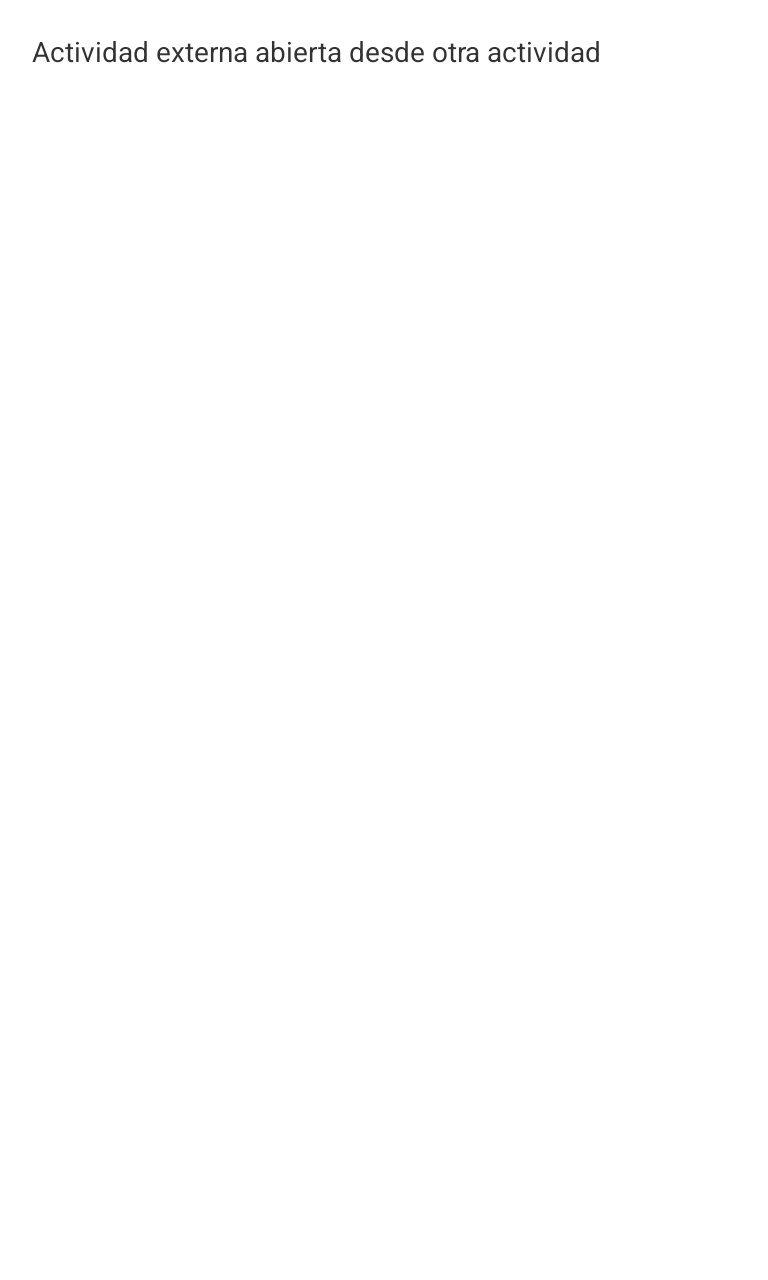
Repository: G3rcar/Android-I
Layout: Clase1102IntentExplicito/res/layout/activity_main.xml
The author's editor kept a copy of each file at every save. The layout is drawn from the files as they stood at one save, then again after the next save.
It is drawn on a 768 x 1280 px phone screen (xhdpi) without system bars, with theme AppTheme; the app's code is not run.

Above is the layout before, as saved 2013-11-11 13:42:50.

After the next save:
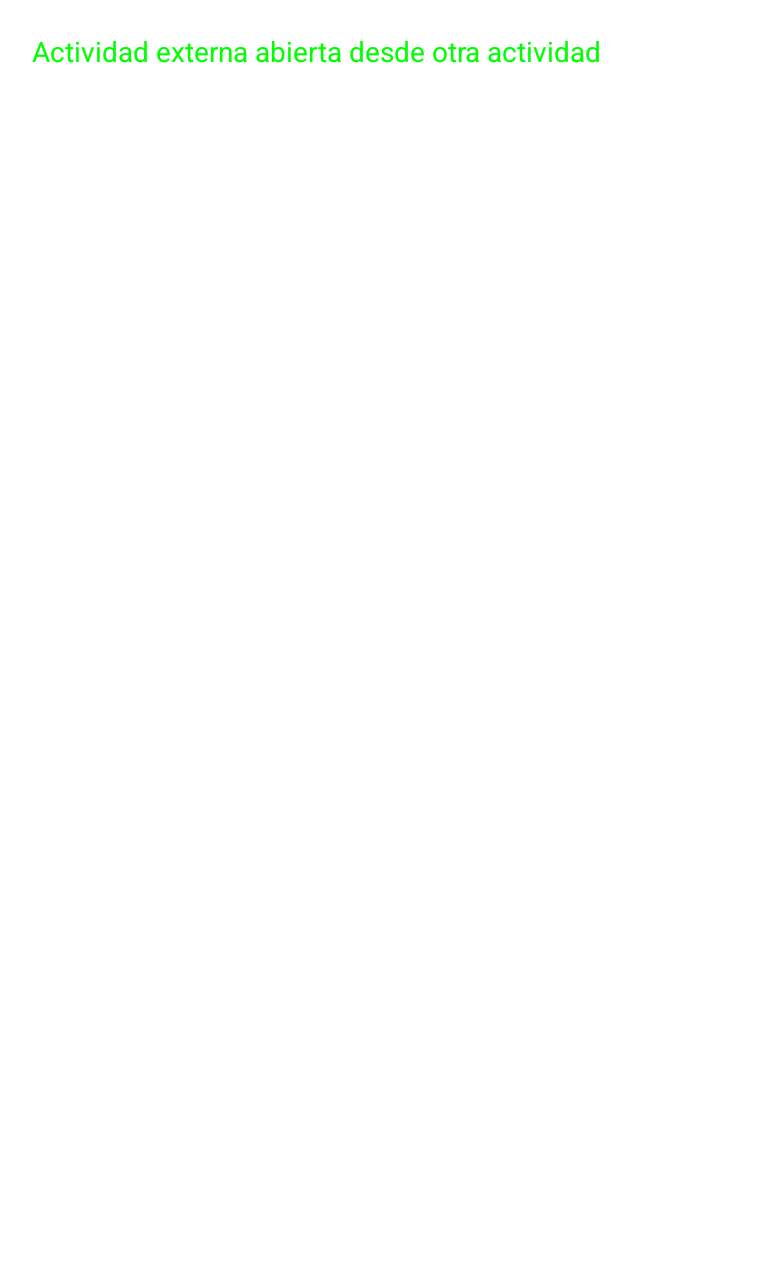
Saved 48 s later.
--- a/Clase1102IntentExplicito/res/layout/activity_main.xml
+++ b/Clase1102IntentExplicito/res/layout/activity_main.xml
@@ -11,7 +11,8 @@
     <TextView
         android:layout_width="wrap_content"
         android:layout_height="wrap_content"
-        android:text="@string/lblExternal" />
+        android:text="@string/lblExternal"
+        android:textColor="#00FF00" />
 
 
 </RelativeLayout>
